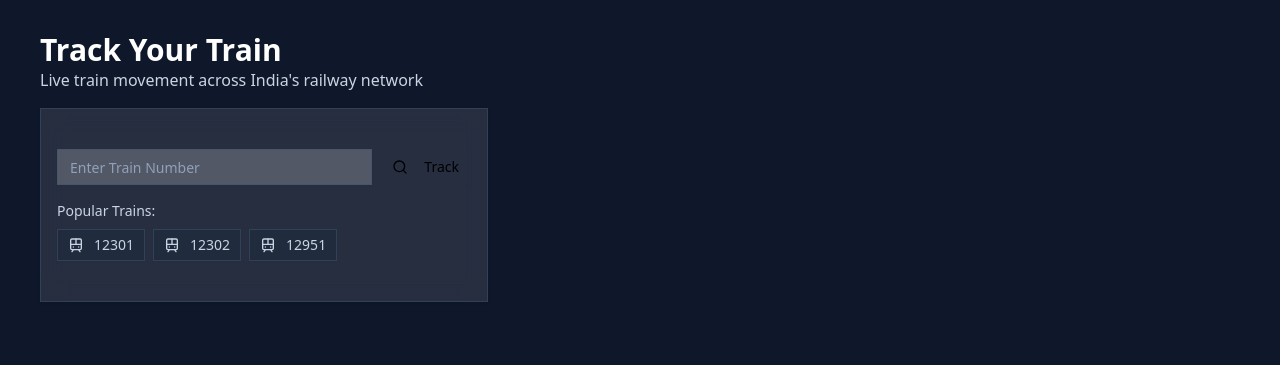
Repository: dhwanijain-dev/IRCTC
Page: /trackingtrain
These files come from the project's save history. The page is drawn as it stood at one moment and after the next save; the edit follows.
The browser window is 1280 px wide. The pictures show the whole page.
The project was rebuilt for these pictures with package versions that can differ from the ones it lists, and the page was loaded fresh each time. The framework's server and built-in components were replaced by stand-ins that run in the browser. Also part of the build but not shown: next.config.js, src/components/ui/badge.tsx, src/components/train-status-panel.tsx.

Above is the page before, as saved 2025-03-23 22:36:45.

### src/app/layout.tsx


import type { Metadata } from "next";
import { Geist, Geist_Mono } from "next/font/google";
import "./globals.css";
import SmoothScrollLenis from "@/app/components/SmoothScrollLenis";


const geistSans = Geist({
  variable: "--font-geist-sans",
  subsets: ["latin"],
});

const geistMono = Geist_Mono({
  variable: "--font-geist-mono",
  subsets: ["latin"],
});

export const metadata: Metadata = {
  title: "Create Next App",
  description: "Generated by create next app",
};

export default function RootLayout({
  children,
}: Readonly<{
  children: React.ReactNode;


}>)

{

  return (
    <html lang="en" suppressHydrationWarning>
      <body
        className={`${geistSans.variable} ${geistMono.variable} antialiased`}
      >
      <SmoothScrollLenis />

          {children}

      </body>
    </html>
  );
}

### src/app/trackingtrain/page.tsx
"use client"

import { useState } from "react"
import TrainMap from "@/components/train-map"
import TrainStatusPanel from "@/components/train-status-panel"
import TrainSearch from "@/components/train-search"
import Link from "next/link"
import { Undo } from "lucide-react"

// Mock train data - in a real app, this would come from an API
const mockTrainData = {
    "12301": {
        name: "Howrah-New Delhi Rajdhani Express",
        number: "12301",
        status: "On Time",
        currentStation: "Kanpur Central",
        nextStation: "New Delhi",
        delay: 0,
        route: [
            {
                name: "Howrah Junction",
                code: "HWH",
                status: "departed",
                scheduledDeparture: "16:10",
                actualDeparture: "16:10",
            },
            {
                name: "Asansol Junction",
                code: "ASN",
                status: "departed",
                scheduledArrival: "18:01",
                actualArrival: "18:01",
                scheduledDeparture: "18:03",
                actualDeparture: "18:03",
            },
            {
                name: "Dhanbad Junction",
                code: "DHN",
                status: "departed",
                scheduledArrival: "18:55",
                actualArrival: "18:55",
                scheduledDeparture: "18:57",
                actualDeparture: "18:57",
            },
            {
                name: "Gaya Junction",
                code: "GAYA",
                status: "departed",
                scheduledArrival: "20:23",
                actualArrival: "20:23",
                scheduledDeparture: "20:25",
                actualDeparture: "20:25",
            },
            {
                name: "Dehri On Sone",
                code: "DOS",
                status: "departed",
                scheduledArrival: "21:10",
                actualArrival: "21:10",
                scheduledDeparture: "21:12",
                actualDeparture: "21:12",
            },
            {
                name: "Mughalsarai Junction",
                code: "MGS",
                status: "departed",
                scheduledArrival: "22:05",
                actualArrival: "22:05",
                scheduledDeparture: "22:15",
                actualDeparture: "22:15",
            },
            {
                name: "Allahabad Junction",
                code: "ALD",
                status: "departed",
                scheduledArrival: "23:30",
                actualArrival: "23:30",
                scheduledDeparture: "23:35",
                actualDeparture: "23:35",
            },
            {
                name: "Kanpur Central",
                code: "CNB",
                status: "departed",
                scheduledArrival: "01:30",
                actualArrival: "01:30",
                scheduledDeparture: "01:35",
                actualDeparture: "01:35",
            },
            { name: "New Delhi", code: "NDLS", status: "upcoming", scheduledArrival: "04:55", actualArrival: "04:55" },
        ],
        progress: 85, // percentage of journey completed
        coordinates: [
            { lat: 22.5986, lng: 88.3696 }, // Howrah
            { lat: 23.6739, lng: 86.9661 }, // Asansol
            { lat: 23.7957, lng: 86.4304 }, // Dhanbad
            { lat: 24.7955, lng: 84.9994 }, // Gaya
            { lat: 24.9168, lng: 84.0432 }, // Dehri On Sone
            { lat: 25.2815, lng: 83.1139 }, // Mughalsarai
            { lat: 25.4358, lng: 81.8463 }, // Allahabad
            { lat: 26.4499, lng: 80.3319 }, // Kanpur
            { lat: 28.6139, lng: 77.209 }, // New Delhi
        ],
    },
    "12302": {
        name: "New Delhi-Howrah Rajdhani Express",
        number: "12302",
        status: "Delayed",
        currentStation: "Gaya Junction",
        nextStation: "Dhanbad Junction",
        delay: 25,
        route: [
            { name: "New Delhi", code: "NDLS", status: "departed", scheduledDeparture: "16:10", actualDeparture: "16:10" },
            {
                name: "Kanpur Central",
                code: "CNB",
                status: "departed",
                scheduledArrival: "20:20",
                actualArrival: "20:20",
                scheduledDeparture: "20:25",
                actualDeparture: "20:25",
            },
            {
                name: "Allahabad Junction",
                code: "ALD",
                status: "departed",
                scheduledArrival: "22:30",
                actualArrival: "22:45",
                scheduledDeparture: "22:35",
                actualDeparture: "22:50",
            },
            {
                name: "Mughalsarai Junction",
                code: "MGS",
                status: "departed",
                scheduledArrival: "23:50",
                actualArrival: "00:05",
                scheduledDeparture: "00:00",
                actualDeparture: "00:15",
            },
            {
                name: "Dehri On Sone",
                code: "DOS",
                status: "departed",
                scheduledArrival: "00:55",
                actualArrival: "01:10",
                scheduledDeparture: "00:57",
                actualDeparture: "01:12",
            },
            {
                name: "Gaya Junction",
                code: "GAYA",
                status: "current",
                scheduledArrival: "01:43",
                actualArrival: "02:08",
                scheduledDeparture: "01:45",
                actualDeparture: "02:10",
            },
            {
                name: "Dhanbad Junction",
                code: "DHN",
                status: "upcoming",
                scheduledArrival: "03:25",
                actualArrival: "03:50",
                scheduledDeparture: "03:27",
                actualDeparture: "03:52",
            },
            {
                name: "Asansol Junction",
                code: "ASN",
                status: "upcoming",
                scheduledArrival: "04:25",
                actualArrival: "04:50",
                scheduledDeparture: "04:27",
                actualDeparture: "04:52",
            },
            { name: "Howrah Junction", code: "HWH", status: "upcoming", scheduledArrival: "06:55", actualArrival: "07:20" },
        ],
        progress: 55, // percentage of journey completed
        coordinates: [
            { lat: 28.6139, lng: 77.209 }, // New Delhi
            { lat: 26.4499, lng: 80.3319 }, // Kanpur
            { lat: 25.4358, lng: 81.8463 }, // Allahabad
            { lat: 25.2815, lng: 83.1139 }, // Mughalsarai
            { lat: 24.9168, lng: 84.0432 }, // Dehri On Sone
            { lat: 24.7955, lng: 84.9994 }, // Gaya
            { lat: 23.7957, lng: 86.4304 }, // Dhanbad
            { lat: 23.6739, lng: 86.9661 }, // Asansol
            { lat: 22.5986, lng: 88.3696 }, // Howrah
        ],
    },
    "12951": {
        name: "Mumbai Central - New Delhi Rajdhani Express",
        number: "12951",
        status: "Delayed",
        currentStation: "Kota Junction",
        nextStation: "Sawai Madhopur",
        delay: 15,
        route: [
            {
                name: "Mumbai Central",
                code: "MMCT",
                status: "departed",
                scheduledDeparture: "16:35",
                actualDeparture: "16:35",
            },
            {
                name: "Borivali",
                code: "BVI",
                status: "departed",
                scheduledArrival: "17:13",
                actualArrival: "17:13",
                scheduledDeparture: "17:15",
                actualDeparture: "17:15",
            },
            {
                name: "Surat",
                code: "ST",
                status: "departed",
                scheduledArrival: "19:14",
                actualArrival: "19:14",
                scheduledDeparture: "19:16",
                actualDeparture: "19:16",
            },
            {
                name: "Vadodara Junction",
                code: "BRC",
                status: "departed",
                scheduledArrival: "20:55",
                actualArrival: "20:55",
                scheduledDeparture: "21:00",
                actualDeparture: "21:00",
            },
            {
                name: "Ratlam Junction",
                code: "RTM",
                status: "departed",
                scheduledArrival: "00:15",
                actualArrival: "00:25",
                scheduledDeparture: "00:20",
                actualDeparture: "00:30",
            },
            {
                name: "Kota Junction",
                code: "KOTA",
                status: "current",
                scheduledArrival: "03:00",
                actualArrival: "03:15",
                scheduledDeparture: "03:05",
                actualDeparture: "03:20",
            },
            {
                name: "Sawai Madhopur",
                code: "SWM",
                status: "upcoming",
                scheduledArrival: "04:32",
                actualArrival: "04:47",
                scheduledDeparture: "04:34",
                actualDeparture: "04:49",
            },
            {
                name: "Mathura Junction",
                code: "MTJ",
                status: "upcoming",
                scheduledArrival: "06:25",
                actualArrival: "06:40",
                scheduledDeparture: "06:27",
                actualDeparture: "06:42",
            },
            { name: "New Delhi", code: "NDLS", status: "upcoming", scheduledArrival: "08:35", actualArrival: "08:50" },
        ],
        progress: 65, // percentage of journey completed
        coordinates: [
            { lat: 18.9712, lng: 72.819 }, // Mumbai Central
            { lat: 19.2312, lng: 72.8553 }, // Borivali
            { lat: 21.1702, lng: 72.8311 }, // Surat
            { lat: 22.3072, lng: 73.1812 }, // Vadodara
            { lat: 23.3315, lng: 75.0367 }, // Ratlam
            { lat: 25.2138, lng: 75.8648 }, // Kota
            { lat: 26.0207, lng: 76.3534 }, // Sawai Madhopur
            { lat: 27.4924, lng: 77.6737 }, // Mathura
            { lat: 28.6139, lng: 77.209 }, // New Delhi
        ],
    },
}

export default function TrackYourTrainPage() {
    const [selectedTrain, setSelectedTrain] = useState<any>(null)
    const [searchQuery, setSearchQuery] = useState<string>("");

    const handleTrainSearch = (trainNumber: string | number) => {
        setSearchQuery(String(trainNumber))
        setSelectedTrain(mockTrainData[trainNumber])
    }

    return (
        <div className="relative w-full  h-screen bg-slate-900">
            {/* 3D Map */}
            <TrainMap selectedTrain={selectedTrain} />

            {/* UI Overlay */}
            <div className="absolute top-0 left-0 w-full h-full pointer-events-none px-10">
                <div className="container mx-auto h-full flex flex-col">
                    {/* Header */}
                    <div className="pt-8 pb-4 pointer-events-auto">
                        <h1 className="text-3xl font-bold text-white">Track Your Train  </h1>
                        <p className="text-slate-300">Live train movement across India's railway network</p>
                    </div>

                    {/* Search Panel */}
                    <div className="w-full max-w-md pointer-events-auto">
                        <TrainSearch onSearch={handleTrainSearch} />
                    </div>

                    {/* Spacer */}
                    <div className="flex-grow"></div>

                    {/* Status Panel */}
                    {selectedTrain && (
                        <div className="mb-8 pointer-events-auto">
                            <TrainStatusPanel train={selectedTrain} />
                        </div>
                    )}
                </div>
            </div>
        </div>
    )
}

### src/app/components/SmoothScrollLenis.tsx
"use client";
import { useEffect } from "react";
import Lenis from "@studio-freight/lenis";

const SmoothScrollLenis = () => {
    useEffect(() => {
        const lenis = new Lenis({
            smooth: true,
            lerp: 0.1, // Controls smoothness
        });

        const raf = (time) => {
            lenis.raf(time);
            requestAnimationFrame(raf);
        };

        requestAnimationFrame(raf);
    }, []);

    return (
        <></>
    );
};

export default SmoothScrollLenis;

### src/components/train-search.tsx
"use client"

import { useState, FormEvent } from "react"
import { Button } from "@/components/ui/button"
import { Input } from "@/components/ui/input"
import { Card, CardContent } from "@/components/ui/card"
import { Search, Train } from "lucide-react"

// Sample train numbers for quick selection
const popularTrains = [
  { number: "12301", name: "Howrah-New Delhi Rajdhani" },
  { number: "12302", name: "New Delhi-Howrah Rajdhani" },
  { number: "12951", name: "Mumbai-Delhi Rajdhani" },
]

interface TrainSearchProps {
  onSearch: (trainNumber: string) => void
}

export default function TrainSearch({ onSearch }: TrainSearchProps) {
  const [trainNumber, setTrainNumber] = useState<string>("")

  const handleSubmit = (e: FormEvent) => {
    e.preventDefault()
    if (trainNumber.trim()) {
      onSearch(trainNumber.trim())
    }
  }

  return (
      <Card className="bg-white/10 backdrop-blur-md border-slate-700">
        <CardContent className="p-4">
          <form onSubmit={handleSubmit} className="space-y-4">
            <div className="flex space-x-2">
              <Input
                  type="text"
                  placeholder="Enter Train Number"
                  value={trainNumber}
                  onChange={(e) => setTrainNumber(e.target.value)}
                  className="bg-white/20 border-slate-600 text-white placeholder:text-slate-400"
              />
              <Button type="submit" variant="default">
                <Search className="h-4 w-4 mr-2" />
                Track
              </Button>
            </div>

            <div>
              <p className="text-sm text-slate-300 mb-2">Popular Trains:</p>
              <div className="flex flex-wrap gap-2">
                {popularTrains.map((train) => (
                    <Button
                        key={train.number}
                        variant="outline"
                        size="sm"
                        className="bg-slate-800/50 border-slate-700 text-slate-300 hover:bg-slate-700 hover:text-white"
                        onClick={() => {
                          setTrainNumber(train.number)
                          onSearch(train.number)
                        }}
                    >
                      <Train className="h-3 w-3 mr-1" />
                      {train.number}
                    </Button>
                ))}
              </div>
            </div>
          </form>
        </CardContent>
      </Card>
  )
}

### src/components/ui/card.tsx
'use client'
import * as React from "react"

import { cn } from "@/lib/utils"

function Card({ className, ...props }: React.ComponentProps<"div">) {
  return (
    <div
      data-slot="card"
      className={cn(
        "bg-card text-card-foreground flex flex-col gap-6 rounded-xl border py-6 shadow-sm",
        className
      )}
      {...props}
    />
  )
}

function CardHeader({ className, ...props }: React.ComponentProps<"div">) {
  return (
    <div
      data-slot="card-header"
      className={cn(
        "@container/card-header grid auto-rows-min grid-rows-[auto_auto] items-start gap-1.5 px-6 has-data-[slot=card-action]:grid-cols-[1fr_auto] [.border-b]:pb-6",
        className
      )}
      {...props}
    />
  )
}

function CardTitle({ className, ...props }: React.ComponentProps<"div">) {
  return (
    <div
      data-slot="card-title"
      className={cn("leading-none font-semibold", className)}
      {...props}
    />
  )
}

function CardDescription({ className, ...props }: React.ComponentProps<"div">) {
  return (
    <div
      data-slot="card-description"
      className={cn("text-muted-foreground text-sm", className)}
      {...props}
    />
  )
}

function CardAction({ className, ...props }: React.ComponentProps<"div">) {
  return (
    <div
      data-slot="card-action"
      className={cn(
        "col-start-2 row-span-2 row-start-1 self-start justify-self-end",
        className
      )}
      {...props}
    />
  )
}

function CardContent({ className, ...props }: React.ComponentProps<"div">) {
  return (
    <div
      data-slot="card-content"
      className={cn("px-6", className)}
      {...props}
    />
  )
}

function CardFooter({ className, ...props }: React.ComponentProps<"div">) {
  return (
    <div
      data-slot="card-footer"
      className={cn("flex items-center px-6 [.border-t]:pt-6", className)}
      {...props}
    />
  )
}

export {
  Card,
  CardHeader,
  CardFooter,
  CardTitle,
  CardAction,
  CardDescription,
  CardContent,
}

### src/components/ui/button.tsx
'use client'
import * as React from "react"
import { Slot } from "@radix-ui/react-slot"
import { cva, type VariantProps } from "class-variance-authority"

import { cn } from "@/lib/utils"

const buttonVariants = cva(
  "inline-flex items-center justify-center gap-2 whitespace-nowrap rounded-md text-sm font-medium transition-all disabled:pointer-events-none disabled:opacity-50 [&_svg]:pointer-events-none [&_svg:not([class*='size-'])]:size-4 shrink-0 [&_svg]:shrink-0 outline-none focus-visible:border-ring focus-visible:ring-ring/50 focus-visible:ring-[3px] aria-invalid:ring-destructive/20 dark:aria-invalid:ring-destructive/40 aria-invalid:border-destructive",
  {
    variants: {
      variant: {
        default:
          "bg-primary text-primary-foreground shadow-xs hover:bg-primary/90",
        destructive:
          "bg-destructive text-white shadow-xs hover:bg-destructive/90 focus-visible:ring-destructive/20 dark:focus-visible:ring-destructive/40 dark:bg-destructive/60",
        outline:
          "border bg-background shadow-xs hover:bg-accent hover:text-accent-foreground dark:bg-input/30 dark:border-input dark:hover:bg-input/50",
        secondary:
          "bg-secondary text-secondary-foreground shadow-xs hover:bg-secondary/80",
        ghost:
          "hover:bg-accent hover:text-accent-foreground dark:hover:bg-accent/50",
        link: "text-primary underline-offset-4 hover:underline",
      },
      size: {
        default: "h-9 px-4 py-2 has-[>svg]:px-3",
        sm: "h-8 rounded-md gap-1.5 px-3 has-[>svg]:px-2.5",
        lg: "h-10 rounded-md px-6 has-[>svg]:px-4",
        icon: "size-9",
      },
    },
    defaultVariants: {
      variant: "default",
      size: "default",
    },
  }
)

function Button({
  className,
  variant,
  size,
  asChild = false,
  ...props
}: React.ComponentProps<"button"> &
  VariantProps<typeof buttonVariants> & {
    asChild?: boolean
  }) {
  const Comp = asChild ? Slot : "button"

  return (
    <Comp
      data-slot="button"
      className={cn(buttonVariants({ variant, size, className }))}
      {...props}
    />
  )
}

export { Button, buttonVariants }

### src/components/ui/input.tsx
'use client'
import * as React from "react"

import { cn } from "@/lib/utils"

function Input({ className, type, ...props }: React.ComponentProps<"input">) {
  return (
    <input
      type={type}
      data-slot="input"
      className={cn(
        "file:text-foreground placeholder:text-muted-foreground selection:bg-primary selection:text-primary-foreground dark:bg-input/30 border-input flex h-9 w-full min-w-0 rounded-md border bg-transparent px-3 py-1 text-base shadow-xs transition-[color,box-shadow] outline-none file:inline-flex file:h-7 file:border-0 file:bg-transparent file:text-sm file:font-medium disabled:pointer-events-none disabled:cursor-not-allowed disabled:opacity-50 md:text-sm",
        "focus-visible:border-ring focus-visible:ring-ring/50 focus-visible:ring-[3px]",
        "aria-invalid:ring-destructive/20 dark:aria-invalid:ring-destructive/40 aria-invalid:border-destructive",
        className
      )}
      {...props}
    />
  )
}

export { Input }

Loaded but not shown: src/app/globals.css (common file); src/lib/utils.ts (common file); src/components/train-map.tsx (248 lines, source omitted)

After the next save:
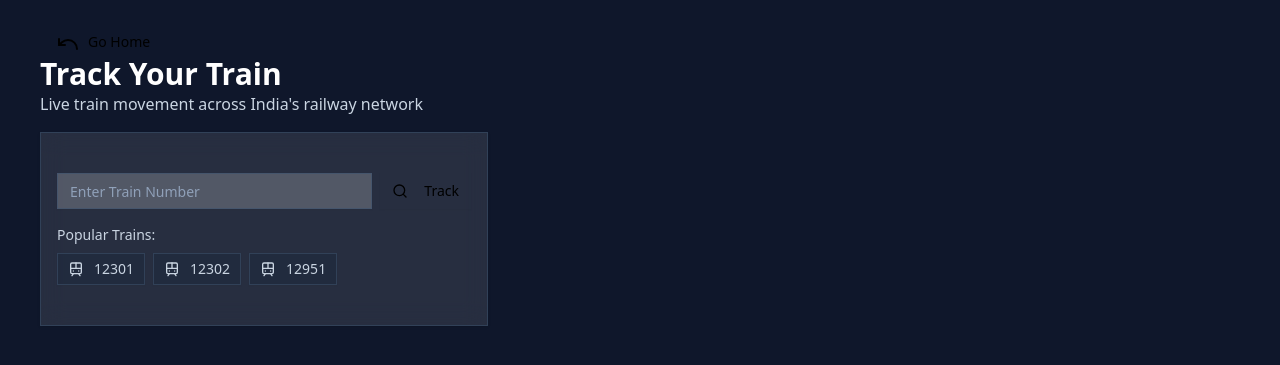
Saved 4 s later.
--- a/src/app/trackingtrain/page.tsx
+++ b/src/app/trackingtrain/page.tsx
@@ -303,6 +303,7 @@ export default function TrackYourTrainPage() {
                 <div className="container mx-auto h-full flex flex-col">
                     {/* Header */}
                     <div className="pt-8 pb-4 pointer-events-auto">
+                        <Link className="ml-4 text-sm font-light flex gap-2" href="/"><Undo /> Go Home</Link>
                         <h1 className="text-3xl font-bold text-white">Track Your Train  </h1>
                         <p className="text-slate-300">Live train movement across India's railway network</p>
                     </div>
